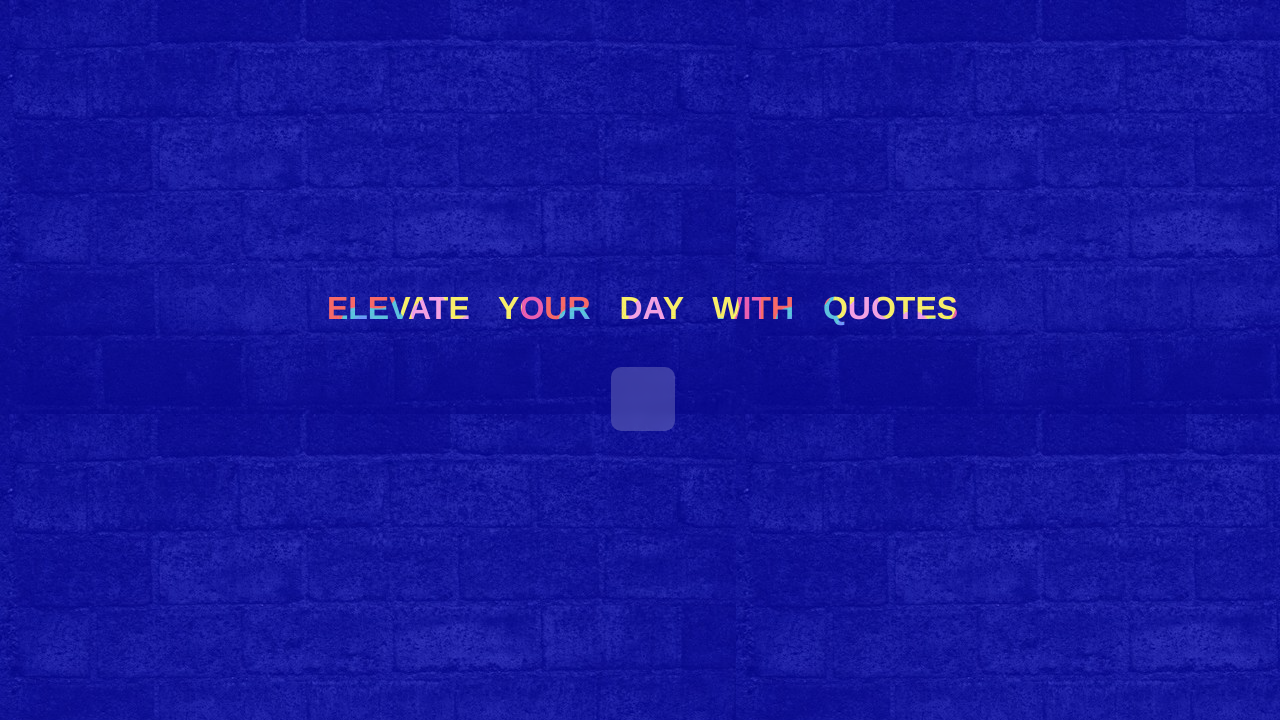
Repository: Bhavik-Sanghar/Quote-app
Page: /
The author's editor kept a copy of each file at every save. The page is drawn from the files as they stood at one save, then again after the next save.
The browser window is 1280 px wide. The pictures show the whole page.
The pointer rests on the first visible `.quote-container`.
The page's requests for data from a server got no answer. The project was rebuilt for these pictures with package versions that can differ from the ones it lists, and the page was loaded fresh each time. No one was signed in, and anything a server would have sent is missing. Also part of the build but not shown: src/styles.css.

Above is the page before, as saved 2023-08-18 15:32:55.

### src/App.js
import React from 'react';
import './styles.css';
import QuoteComponent from './components/NewQuote'

function App() {
  return (
    <div className="App">

      <QuoteComponent/>


    </div>
  );
}

export default App;

### src/components/NewQuote.js
import React, { useEffect, useState } from "react";
import axios from "axios";
import './New.css'

const QuoteComponent = () => {
  const [quotes, setQuotes] = useState([]);
  const category = "inspirational";
  const apiKey = "EgtS4gqLsbjvHM2bBjKwBA==PYmsGLFQFXQzq0Na";

  useEffect(() => {
    fetchQuotes();
  }, []);

  const fetchQuotes = async () => {
    try {
      const response = await axios.get(
        `https://api.api-ninjas.com/v1/quotes?category=${category}&limit=`, // Fetching 5 quotes
        {
          headers: { "X-Api-Key": apiKey },
        }
      );
      console.log(response)
      setQuotes(response.data);
    } catch (error) {
      console.error("Error: ", error);
    }
  };

  return (
    <div className="quote-container">
      <h1>Elevate Your Day with Quotes</h1>
      <div className="card-container">
        {quotes.map((quote, index) => (
          <div key={index} className="card">
            <p className="quote-text">{quote.quote}</p>
            <p className="author">- {quote.author}</p>
          </div>
        ))}
      </div>
    </div>
  );
};

export default QuoteComponent;

### src/components/New.css
.quote-container{
  padding: auto;
  padding-left: 5px;
  display: flex;
  flex-direction: column;
  justify-content: center;
  align-items: center;
  min-height: 100vh;
  background-color : black;
  background-image: url(./bg.jpg) ;
  transition: background-image 0.5s ease-in-out; /* Add transition for smooth image change */
  color : white;
  position: relative; /* Required for positioning pseudo-element */
  overflow: hidden; /* Hide overflowing pseudo-element content */
}

.quote-container::before {
  content: "";
  position: absolute;
  top: 0;
  left: 0;
  width: 100%;
  height: 100%;
  background-color: rgba(0, 0, 255, 0); /* Initial color with 0 opacity */
  transition: background-color 0.5s ease-in-out; /* Transition for color change */
  z-index: 1; /* Place the overlay beneath the content */
  pointer-events: none; /* Allow interaction with underlying content */
}

.quote-container:hover::before {
  background-color: rgba(0, 0, 255, 0.5); /* Change to your desired color and opacity */
}



.quote-container h1
  {
    z-index: 2;
    margin: 20px;
    background-image: url(./h1.jpg);
    background-repeat: repeat;
    opacity: 0;
    -webkit-background-clip: text;
    -webkit-text-fill-color: transparent;
    text-align: center;
    word-spacing: 20px;
    font-weight: bold;
    text-transform: uppercase;
    font-family: 'Steelfish Rg', 'helvetica neue';
    font-weight: 800;
    -webkit-font-smoothing: antialiased;
    transition: background-color 0.3s ease-in-out;
    animation: fadeInHeading 2s ease-in-out 0.5s forwards;


}

.card:hover {
  /* Example animation - scale up on hover */
  transform: scale(1.05);
  transition: transform 0.3s ease-in-out;
}

.author:hover {
  /* Example animation - change text color on hover */
  color: #00e5ff; /* Change to your desired color */
  transition: color 0.3s ease-in-out;
}
.quote-container h1:hover {
  font-size: 2.2em;
  transition: font-size 0.3s ease-in-out;
}



.card-container {
  z-index: 2;
  margin: 20px;
  backdrop-filter: blur(5px);
  background-color: hsla(0, 0%, 100%, .2);
  border-radius: 10px;
  padding: 2rem;
  font-size: larger;
  font-family: 'Times New Roman', Times, serif;
  opacity: 0; /* Set initial opacity to 0 */
  animation: fadeInQuotes 3s ease-in-out 1s forwards, fadeInBackground 3s ease-in-out 1s forwards;
  position: relative; /* Ensure proper z-index behavior */
}



@keyframes fadeInHeading {
  from {
    opacity: 0;
    transform: translateY(-20px);
  }
  to {
    opacity: 1;
    transform: translateY(0);
  }
}

@keyframes fadeInQuotes {
  from {
    opacity: 0;
    transform: translateY(20px);
  }
  to {
    opacity: 1;
    transform: translateY(0);
  }
}

@keyframes fadeInBackground {
  from {
    opacity: 0;
  }
  to {
    opacity: 1;
  }
}

Loaded but not shown: public/index.html (common file); src/index.js (common file); src/index.css (common file); src/reportWebVitals.js (common file); public/manifest.json (common file)

After the next save:
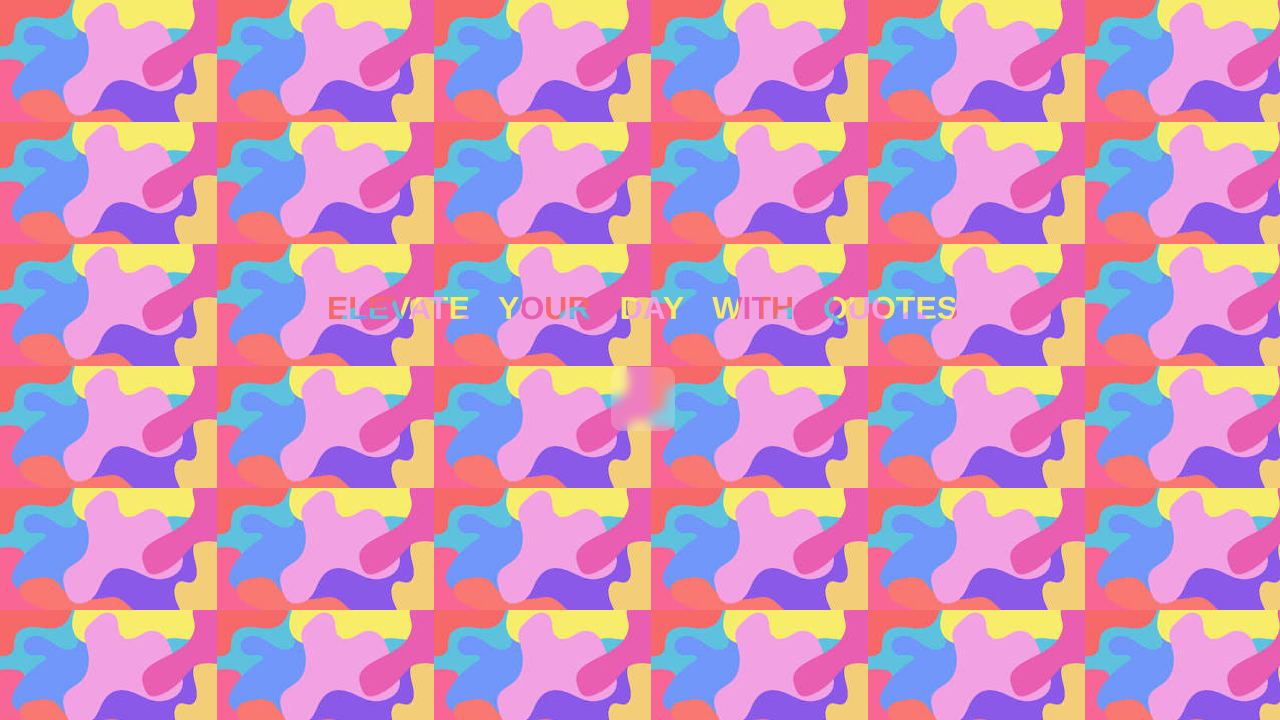
Saved 36 s later.
--- a/src/components/New.css
+++ b/src/components/New.css
@@ -28,7 +28,7 @@
 }
 
 .quote-container:hover::before {
-  background-color: rgba(0, 0, 255, 0.5); /* Change to your desired color and opacity */
+  background-image : url(./h1.jpg) /* Change to your desired color and opacity */
 }
 
 
